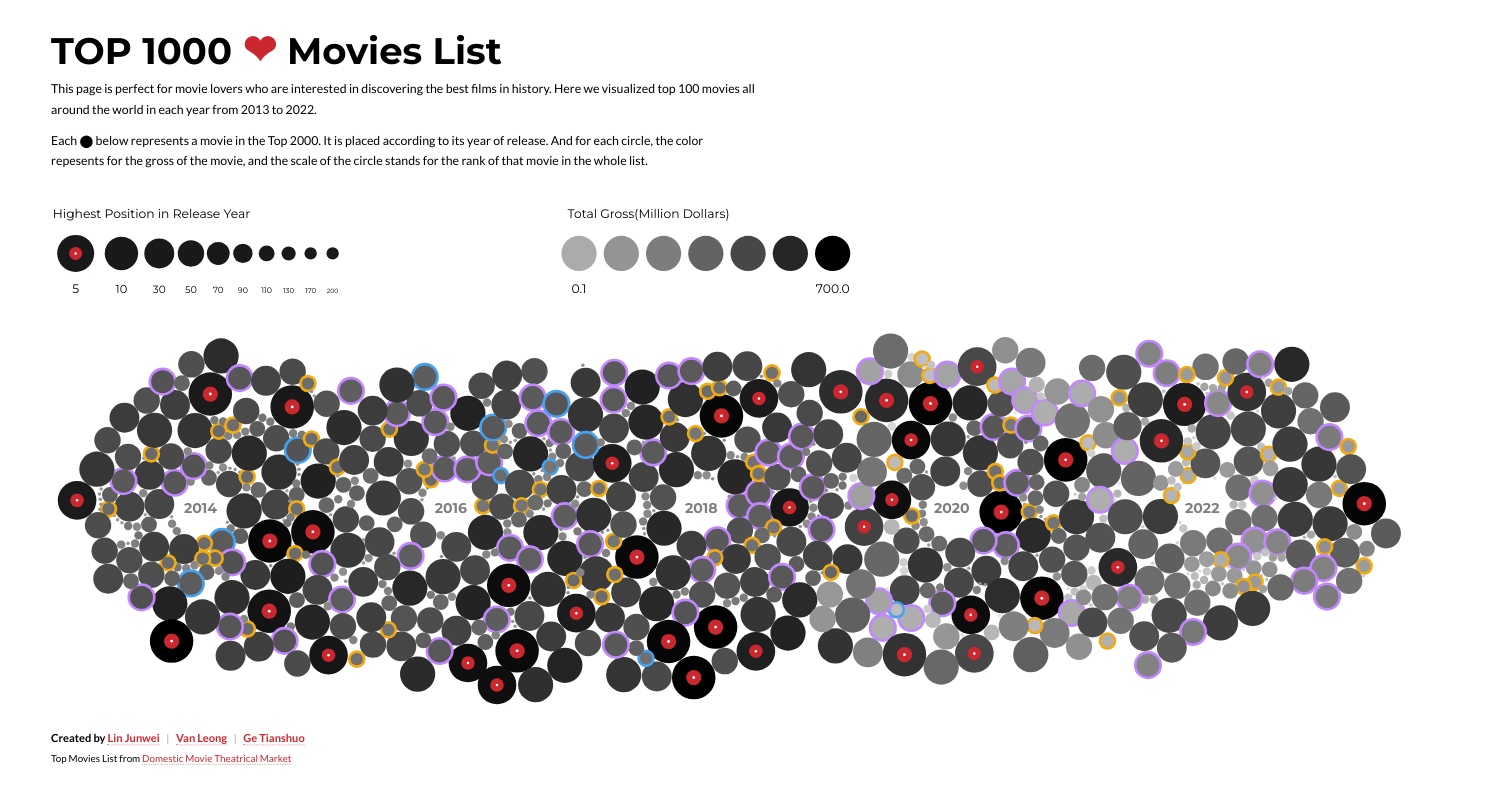
Repository: Limjohns/data_visualization
Page: index.html
These files come from the project's save history. The page is drawn as it stood at one moment and after the next save; the edit follows.
The browser window is 1280 px wide. The page is 1708 px wide, so the pictures cover 1708 px, including what lies to the right of the window. The pictures show the whole page, at 88% of full size.

Above is the page before, as saved 2023-05-20 16:47:42.

After the next save:
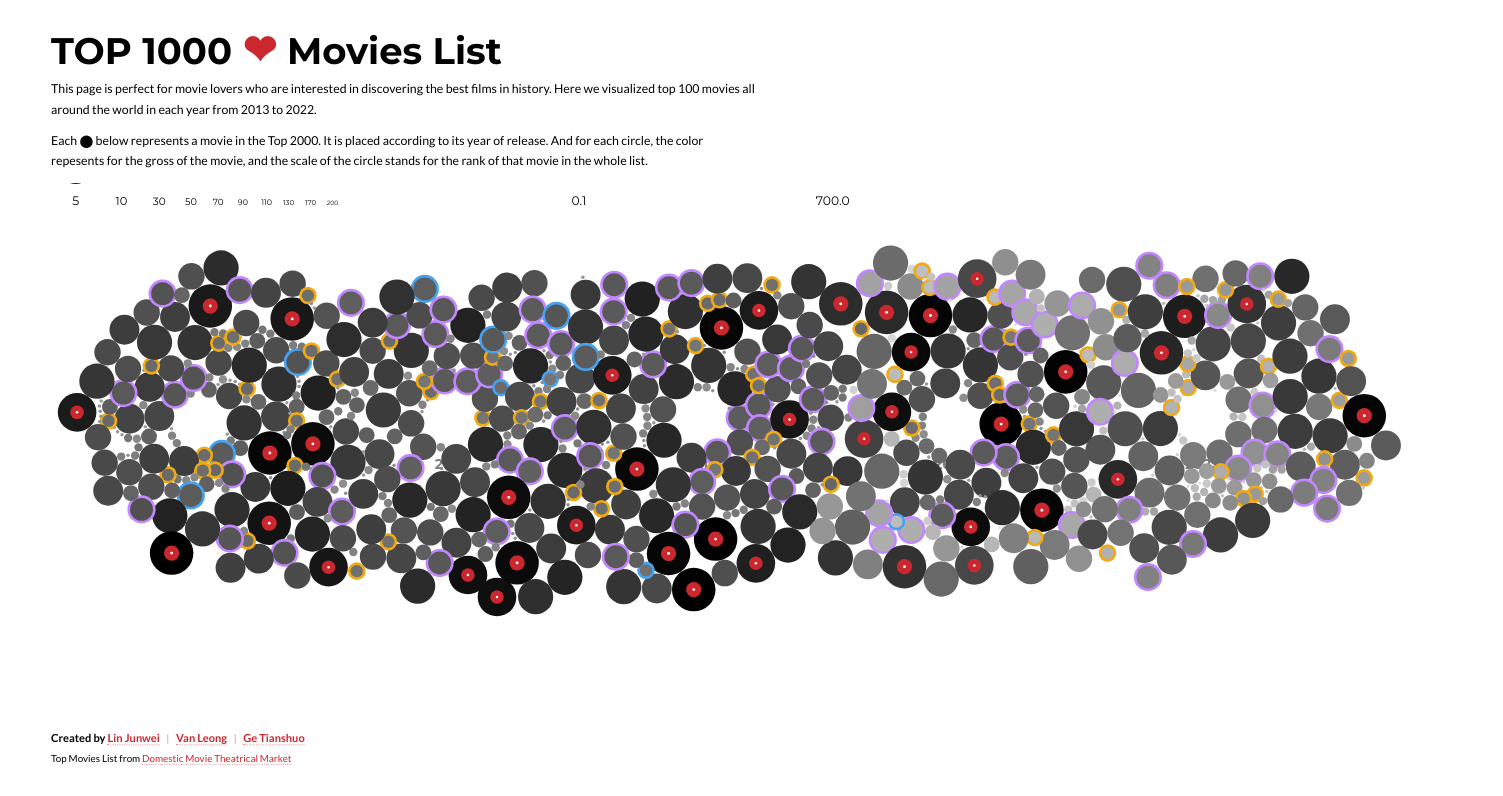
Saved 13 s later.
--- a/js/main.js
+++ b/js/main.js
@@ -11,7 +11,7 @@ if(isMobile) {
 	//////////////////////////// Set up the SVG ///////////////////////////////
 	///////////////////////////////////////////////////////////////////////////
 	var margin = {
-	  top: 120,
+	  top: 20,
 	  right: 150,
 	  bottom: 0,
 	  left: -350
